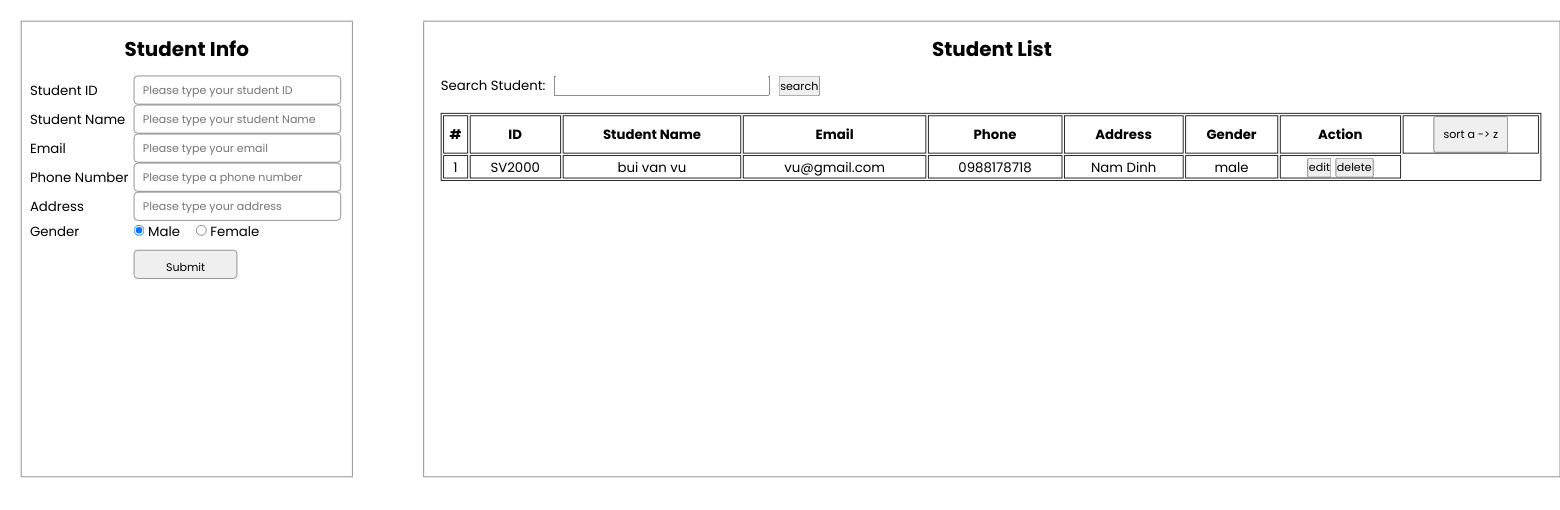
Repository: sSoRaK/ex-session15-dom-event
Page: ex-dom-event/student-management.html
The author's editor kept a copy of each file at every save. The page is drawn from the files as they stood at one save, then again after the next save.
The browser window is 1280 px wide. The page is 1880 px wide, so the pictures cover 1880 px, including what lies to the right of the window. The pictures show the whole page, at 83% of full size.

Above is the page before, as saved 2023-06-24 20:04:41.

### ex-dom-event/student-management.html
<!DOCTYPE html>
<html lang="en">
  <head>
    <meta charset="UTF-8" />
    <meta name="viewport" content="width=device-width, initial-scale=1.0" />
    <title>Student Management</title>
    <link rel="preconnect" href="https://fonts.googleapis.com" />
    <link rel="preconnect" href="https://fonts.gstatic.com" crossorigin />
    <link
      href="https://fonts.googleapis.com/css2?family=Poppins:ital,wght@0,100;0,200;0,300;0,400;0,500;0,600;0,700;0,800;0,900;1,100;1,200;1,300;1,400;1,500;1,600;1,700;1,800;1,900&display=swap"
      rel="stylesheet"
    />
    <link rel="stylesheet" href="./style/style.css" />
  </head>
  <body>
    <div class="left-side">
      <h2>Student Info</h2>
      <form action="#" class="form-student">
        <label for="student-id" id="label-id">Student ID</label>
        <input
          type="text"
          name="student-name"
          id="student-id"
          placeholder="Please type your student ID"
        />
        <div class="error error-row1"></div>
        <label for="student-name" id="label-name">Student Name</label>
        <input
          type="text"
          name="student-name"
          id="student-name"
          placeholder="Please type your student Name"
        />
        <div class="error error-row2"></div>
        <label for="student-email" id="label-email">Email</label>
        <input
          type="email"
          name="student-email"
          id="student-email"
          placeholder="Please type your email"
        />
        <div class="error error-row3"></div>
        <label for="student-phone_number" id="label-phone_number"
          >Phone Number</label
        >
        <input
          type="number"
          name="student-phone_number"
          id="student-phone_number"
          placeholder="Please type a phone number"
        />
        <div class="error error-row4"></div>
        <label for="student-address" id="label-address">Address</label>
        <input
          type="text"
          name="student-address"
          id="student-address"
          placeholder="Please type your address"
        />
        <div class="error error-row5"></div>
        <span class="gender">Gender</span>
        <div class="gender-wrapper">
          <input type="radio" name="gender" id="male" checked />
          <label for="male">Male</label>
          <input type="radio" name="gender" id="female" />
          <label for="female">Female</label>
        </div>
        <input type="submit" value="Submit" class="btn-submit" />
      </form>
    </div>
    <div class="right-side">
      <h2>Student List</h2>
      <form action="#" class="searching-bar">
        <span>Search Student:</span>
        <input
          type="text"
          name="search-student_name"
          id="search-student_name"
        />
        <button class="btn-search">search</button>
      </form>
      <table class="table-student">
        <thead>
          <tr>
            <th>#</th>
            <th>ID</th>
            <th>Student Name</th>
            <th>Email</th>
            <th>Phone</th>
            <th>Address</th>
            <th>Gender</th>
            <th>Action</th>
            <th>
              <button class="btn-sort">sort a -> z</button>
            </th>
          </tr>
        </thead>
        <tbody id="student-info"></tbody>
      </table>
    </div>
    <script src="./app/app.js"></script>
  </body>
</html>

### ex-dom-event/style/style.css
* {
  padding: 0;
  margin: 0;
  box-sizing: border-box;
  font-family: "Poppins", sans-serif;
}
body {
  display: grid;
  grid-template-columns: repeat(4, 400px);
  grid-template-rows: repeat(1, 550px);
  gap: 85px;
  margin: 25px;
}
/* left side student info */
.left-side {
  border: 1px solid gray;
  grid-column: 1/2;
}
.left-side h2,
.right-side h2 {
  text-align: center;
  margin: 15px 0;
}
.form-student {
  margin: 0 10px;
  display: grid;
  grid-template-columns: repeat(3, 125px);
  grid-template-rows: repeat(13, 35px);
  /* row-gap: 30px; */
}
.form-student input {
  border: 0.5px solid gray;
  border-radius: 5px;
}
#label-id {
  grid-column: 1/2;
  grid-row: 1/2;
  line-height: 35px;
}
#student-id {
  grid-column: 2/4;
  grid-row: 1/2;
  padding-left: 10px;
}
.error-row1{
  grid-column: 2/4;
  grid-row: 2/3;
}
#label-name {
  grid-column: 1/2;
  grid-row: 2/3;
  line-height: 35px;
}
#student-name {
  grid-column: 2/4;
  grid-row: 2/3;
  padding-left: 10px;
}
#label-email {
  grid-column: 1/2;
  grid-row: 3/4;
  line-height: 35px;
}
#student-email {
  grid-column: 2/4;
  grid-row: 3/4;
  padding-left: 10px;
}
#label-phone_number {
  grid-column: 1/2;
  grid-row: 4/5;
  line-height: 35px;
}
input::-webkit-outer-spin-button,
input::-webkit-inner-spin-button {
  -webkit-appearance: none;
  margin: 0;
}
#student-phone_number {
  grid-column: 2/4;
  grid-row: 4/5;
  padding-left: 10px;
}
#label-address {
  grid-column: 1/2;
  grid-row: 5/6;
  line-height: 35px;
}
#student-address {
  grid-column: 2/4;
  grid-row: 5/6;
  padding-left: 10px;
}
.gender {
  grid-column: 1/2;
  grid-row: 6/7;
}
.gender-wrapper {
  grid-column: 2/4;
  grid-row: 6/7;
}
.gender-wrapper label[for="male"] {
  margin-right: 15px;
}
.btn-submit {
  grid-column: 2/3;
  grid-row: 7/8;
  padding: 10px 0;
}

/* right side student list */
.right-side {
  border: 1px solid gray;
  grid-column: 2/5;
}
.right-side .searching-bar {
  margin-left: 20px;
  display: flex;
  gap: 10px;
}
.table-student,
th,
tr,
td {
  border: 1px solid;
  /* border-collapse: collapse; */
  margin: 20px;
  width: calc(100% - 42px);
}
.btn-sort {
  padding: 10px;
}

#student-info tr td {
  text-align: center;
}
.error {
  visibility: hidden;
}
.error-row1 {
  grid-row: 2;
}
.display-error {
  color: red;
  visibility: visible;
}
.btn-edit,
.btn-delete,
.btn-submit,
.btn-sort,
.btn-search {
  cursor: pointer;
}

### ex-dom-event/app/app.js
// tạo 1 mảng rỗng 2 chiều với phần tử là 1 mảng chứa các thông tin tương ứng của mỗi sinh viên
let studentList = [
  ["SV2000", "bui van vu", "vu@gmail.com", "0988178718", "Nam Dinh", "male"],
];
let action = "create";
// Lấy dữ liệu từ form -> table: Read
function renderData() {
  // truy cập đến tbody
  let tbody = document.getElementById("student-info");
  // đặt giá trị ban đầu tbody = "", để tránh dữ liệu cũ còn tồn tại
  tbody.innerHTML = "";
  for (let i = 0; i < studentList.length; i++) {
    // truyền vào tbody dưới dạng String Template
    tbody.innerHTML += `<tr>
                          <td>${i + 1}</td>
                          <td>${studentList[i][0]}</td>
                          <td>${studentList[i][1]}</td>
                          <td>${studentList[i][2]}</td>
                          <td>${studentList[i][3]}</td>
                          <td>${studentList[i][4]}</td>
                          <td>${studentList[i][5]}</td>
                          <td>
                              <button onclick="editData('${
                                studentList[i][0]
                              }')" class="btn-edit">edit</button>
                              <button onclick="deleteData('${
                                studentList[i][1]
                              }')" class="btn-delete">delete</button>
                          </td>
                    </tr>`;
  }
}
// Khi trình duyệt load thì sẽ load dữ liệu student và hiển thị trên table
document.onload = renderData();

// query element (create gol)
const studentId = document.querySelector("#student-id");
const studentName = document.querySelector("#student-name");
const studentEmail = document.querySelector("#student-email");
const studentPhoneNumber = document.querySelector("#student-phone_number");
const studentAddress = document.querySelector("#student-address");
const studentGender = document.querySelector("input[name='gender']:checked");

const errorElement = document.querySelectorAll(".error");

const btnSubmit = document.querySelector(".btn-submit");

// Validate: xác thực khi thêm create hoặc update
// function check validate each <input>
function validateForm() {
  // Lấy dữ liệu từ Form và Thực hiện validate từng input, nếu thỏa -> true, không thỏa -> báo lỗi (false)
  let idValidate = false;
  let nameValidate = false;
  let emailValidate = false;
  let phoneValidate = false;
  let addressValidate = false;
  let emailPattern = /^\w+([\.-]?\w+)*@\w+([\.-]?\w+)*(\.\w{2,3})+$/; // regex pattern: mẫu quy định
  let phonePattern = /(84|0[3|5|7|8|9])+([0-9]{8})\b/g;
  // check validate studentId
  if (studentId.value.length == 0) {
    errorElement[0].textContent = "* Please type your ID";
    errorElement[0].classList.add("display-error");
  } else if (studentId.value.length < 6 || studentId.value.length > 20) {
    errorElement[0].textContent = "* Your ID must be 6 - 20 characters";
    errorElement[0].classList.add("display-error");
  } else {
    errorElement[0].classList.remove("display-error");
    idValidate = true;
  }

  // check validate studentName
  if (studentName.value == "") {
    errorElement[1].textContent = "* Please type your name";
    errorElement[1].classList.add("display-error");
  } else {
    errorElement[1].classList.remove("display-error");
    nameValidate = true;
  }

  // check validate studentEmail
  if (studentEmail.value.length == "") {
    errorElement[2].textContent = "* Please type your email";
    errorElement[2].classList.add("display-error");
  } else if (!studentEmail.value.match(emailPattern)) {
    errorElement[2].textContent = "* You have entered email invalid";
    errorElement[2].classList.add("display-error");
  } else {
    errorElement[2].classList.remove("display-error");
    emailValidate = true;
  }

  // check validate studentPhoneNumber
  if (studentPhoneNumber.value.length == "") {
    errorElement[3].textContent = "* Please type your phone number";
    errorElement[3].classList.add("display-error");
  } else if (!studentPhoneNumber.value.match(phonePattern)) {
    errorElement[3].textContent = "* You have entered phone number invalid";
    errorElement[3].classList.add("display-error");
  } else {
    errorElement[3].classList.remove("display-error");
    phoneValidate = true;
  }

  // check validate studentAddress
  if (studentAddress.value.length == "") {
    errorElement[4].textContent = "* Please type your address";
    errorElement[4].classList.add("display-error");
  } else {
    errorElement[4].classList.remove("display-error");
    addressValidate = true;
  }

  // check validate each input as True or False
  if (
    idValidate &&
    nameValidate &&
    emailValidate &&
    phoneValidate &&
    addressValidate
  ) {
    return true;
  }
  return false;
}

// Lấy dữ liệu từ Form sau khi submit, tạo table và insert studentList
// create new student from FORM and take to value studentList, insert to table
function createData() {
  // tạo mảng gồm các thông tin của học sinh - create array have element as student info
  const newStudent = [
    studentId.value,
    studentName.value,
    studentEmail.value,
    studentPhoneNumber.value,
    studentAddress.value,
    studentGender.value,
  ];
  studentList.push(newStudent);
  renderData();
  resetForm(); // clear form after submit
}

// reset form after submit or update, create newStudent to table
function resetForm() {
  studentId.value = "";
  studentName.value = "";
  studentEmail.value = "";
  studentPhoneNumber.value = "";
  studentAddress.value = "";
  document.getElementById("male").checked = true;
}

// create event for btn-submit
// event : e
btnSubmit.addEventListener("click", (e) => {
  e.preventDefault(); // after click button submit, prevent "FORM" re-load
  const checkValidForm = validateForm();
  if (checkValidForm) {
    if (action == "create") {
      // push dữ liệu vào table
      createData();
    } else {
      // Thực hiện update sinh viên
      updateFormStudent();
    }
  }
});
// lấy thông tin học sinh thông qua studentID
// 1. Duyệt qua studentList để lấy studentID
function getStudentId(studentId) {
  for (let index = 0; index < studentList.length; index++) {
    if (studentId == studentList[index][0]) return index;
  }
  return -1;
}
// 2.
function editData(studentID) {
  // 1. lấy chỉ số sinh viên trong mảng
  let index = getStudentId(studentID);
  if (index >= 0) {
    // 2. fill thông tin sinh viên qua form
    studentId.value = studentList[index][0];
    studentName.value = studentList[index][1];
    studentEmail.value = studentList[index][2];
    studentPhoneNumber.value = studentList[index][3];
    studentAddress.value = studentList[index][4];
    if (studentList[index][5] == "male") {
      document.getElementById("male").checked = true;
    } else {
      document.getElementById("female").checked = true;
    }
    // sau khi edit, thay giá trị action
    action = "edit";
    studentId.readOnly = true;
    studentId.style.outline = "none";
    studentId.style.cursor = "unset";
    studentId.style.caretColor = "transparent";
  }
}
// Update
function updateFormStudent() {
  const studentUpdate = [
    studentId.value,
    studentName.value,
    studentEmail.value,
    studentPhoneNumber.value,
    studentAddress.value,
    studentGender.value,
  ];

  //find Index dua ma code cua sinh vien
  const indexStudent = getStudentId(studentId.value);

  studentList[indexStudent] = studentUpdate;
  renderData();
  action = "create";
  resetForm();
  studentId.readOnly = false;
  studentId.style.cursor = "text";
  studentId.style.caretColor = "black";
}

function deleteData(studentID) {
  let isCheckRemove = confirm("Bạn có muốn xóa hay không?");
  if (isCheckRemove) {
    const indexDeleteStudent = getStudentId(studentID);
    studentList.splice(indexDeleteStudent, 1);
    renderData();
  }
}

After the next save:
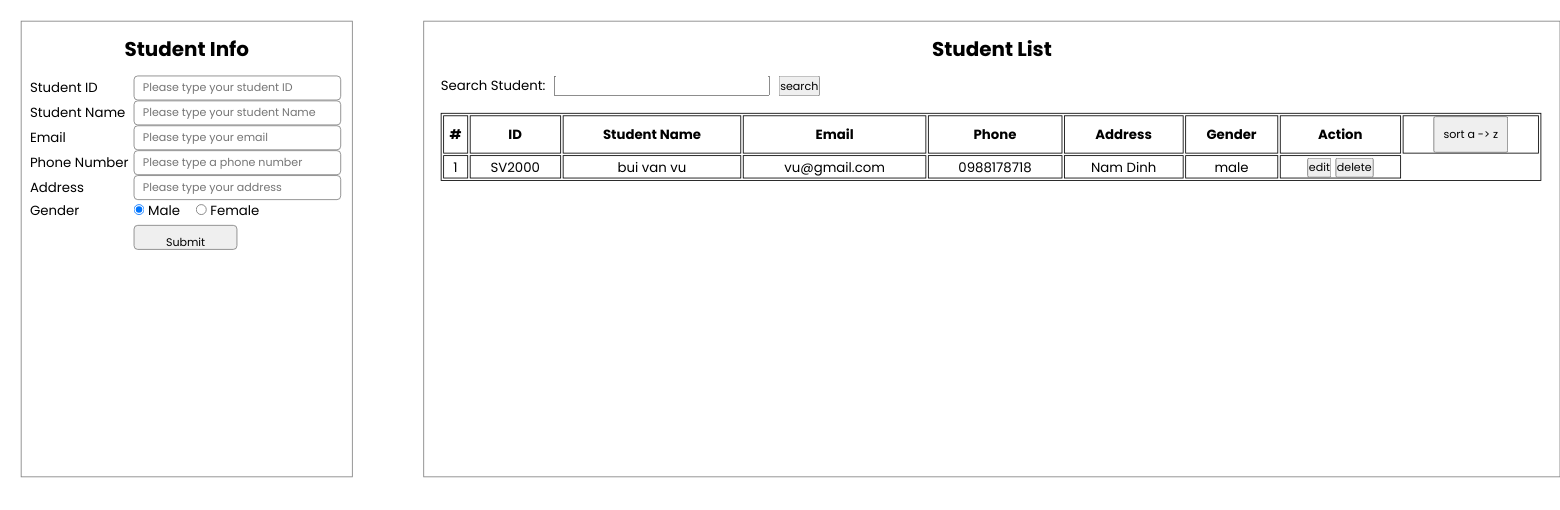
Saved 30 s later.
--- a/ex-dom-event/style/style.css
+++ b/ex-dom-event/style/style.css
@@ -25,7 +25,7 @@ body {
   margin: 0 10px;
   display: grid;
   grid-template-columns: repeat(3, 125px);
-  grid-template-rows: repeat(13, 35px);
+  grid-template-rows: repeat(13, 30px);
   /* row-gap: 30px; */
 }
 .form-student input {
@@ -35,7 +35,7 @@ body {
 #label-id {
   grid-column: 1/2;
   grid-row: 1/2;
-  line-height: 35px;
+  line-height: 30px;
 }
 #student-id {
   grid-column: 2/4;
@@ -49,7 +49,7 @@ body {
 #label-name {
   grid-column: 1/2;
   grid-row: 2/3;
-  line-height: 35px;
+  line-height: 30px;
 }
 #student-name {
   grid-column: 2/4;
@@ -59,7 +59,7 @@ body {
 #label-email {
   grid-column: 1/2;
   grid-row: 3/4;
-  line-height: 35px;
+  line-height: 30px;
 }
 #student-email {
   grid-column: 2/4;
@@ -69,7 +69,7 @@ body {
 #label-phone_number {
   grid-column: 1/2;
   grid-row: 4/5;
-  line-height: 35px;
+  line-height: 30px;
 }
 input::-webkit-outer-spin-button,
 input::-webkit-inner-spin-button {
@@ -84,7 +84,7 @@ input::-webkit-inner-spin-button {
 #label-address {
   grid-column: 1/2;
   grid-row: 5/6;
-  line-height: 35px;
+  line-height: 30px;
 }
 #student-address {
   grid-column: 2/4;
